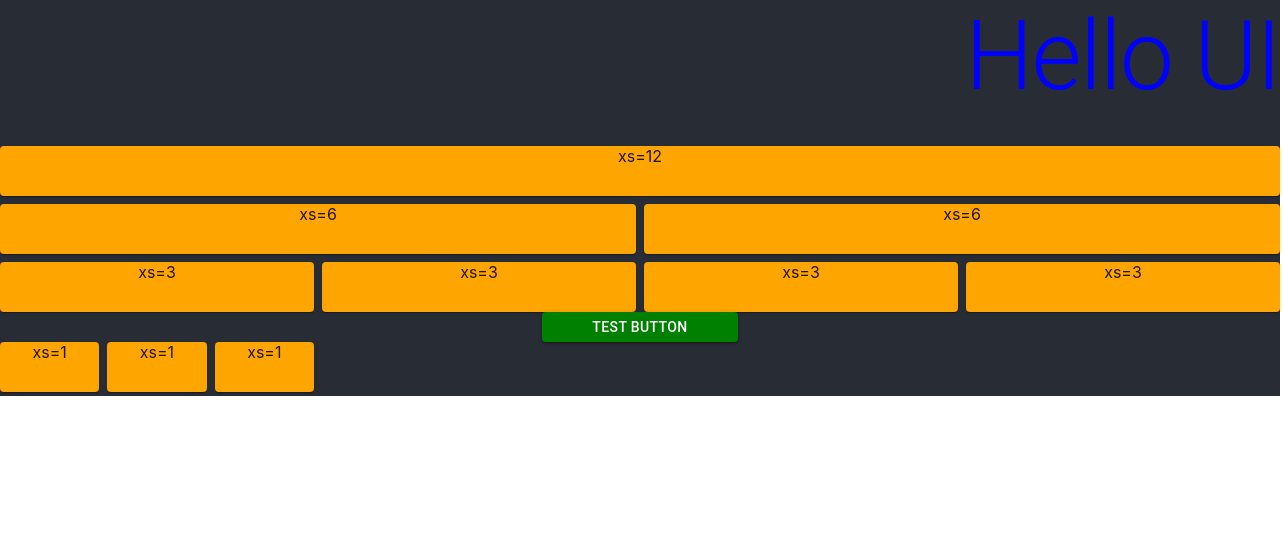
Repository: ShunsukeTanizaki/COVID19-Live
Page: /
The author's editor kept a copy of each file at every save. The page is drawn from the files as they stood at one save, then again after the next save.
The browser window is 1280 px wide. The page is 1284 px wide, so the pictures cover 1284 px, including what lies to the right of the window. The pictures show the whole page.
The project was rebuilt for these pictures with package versions that can differ from the ones it lists, and the page was loaded fresh each time.

Above is the page before, as saved 2020-11-07 23:45:41.

After the next save:
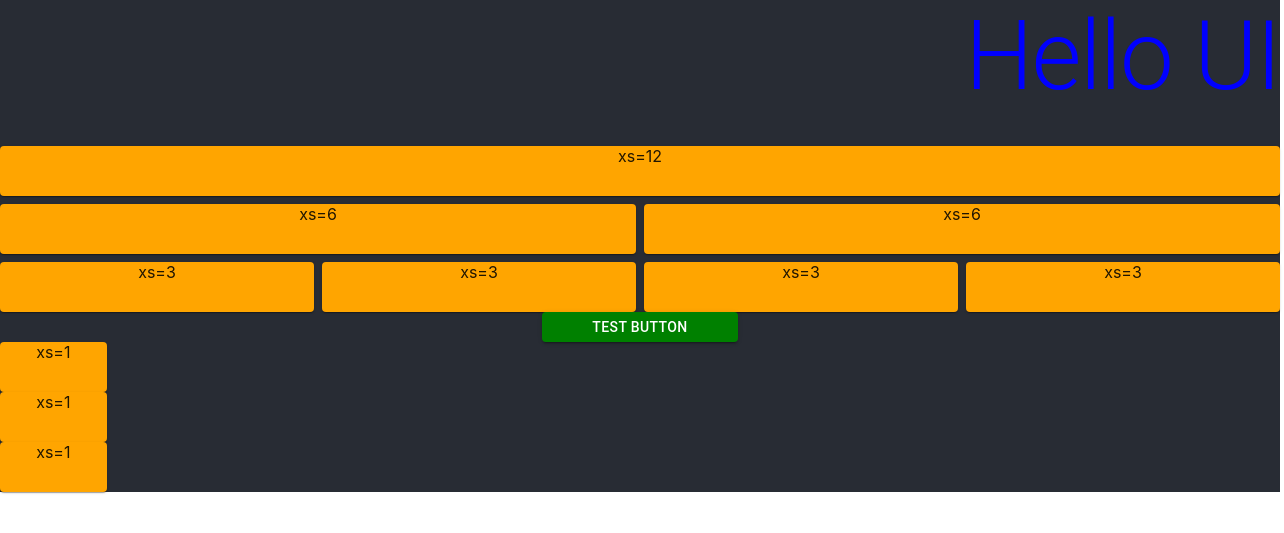
Saved 47 s later.
--- a/src/components/MaterialUI .tsx
+++ b/src/components/MaterialUI .tsx
@@ -61,7 +61,12 @@ const MaterialUI: React.FC = () => {
                 test Button
             </Button>
 
-            <Grid container spacing={1}>
+            <Grid
+                containerdirection="column"
+                justify="flex-start"
+                alignItems="flex-end"
+                spacing={1}
+            >
                 <Grid item xs={1}>
                     <Paper className={classes.paperStyle}>xs=1</Paper>
                 </Grid>
